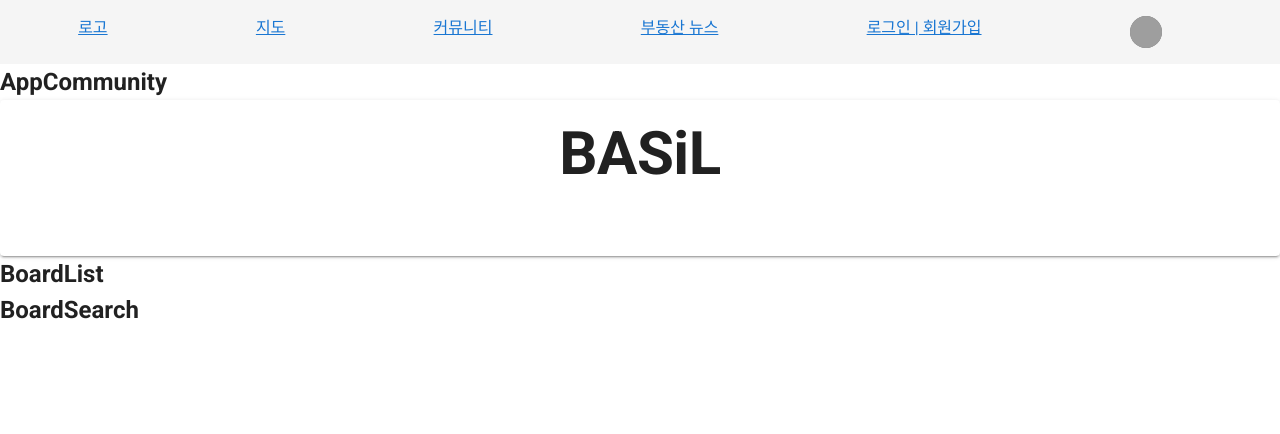
Repository: misso88/vue-whereIsMyHome
Page: /community
An editor plug-in stored every save of this project. The page is shown before and after the next save, followed by the edit.
The browser window is 1280 px wide. The pictures show the whole page.
The project was rebuilt for these pictures with package versions that can differ from the ones it lists, and the page was loaded fresh each time. Also part of the build but not shown: vue.config.js, src/views/AppMain.vue, src/components/house/sidebar/HouseListItem.vue, src/components/house/sidebar/HouseList.vue, src/components/house/sidebar/HouseListFilter.vue, src/components/house/sidebar/HouseSidebar.vue, src/components/house/map/HouseMapFilter.vue, src/components/house/map/HouseMap.vue and 2 more.

Above is the page before, as saved 2022-11-16 10:34:33.

### public/index.html
<!DOCTYPE html>
<html lang="en">
  <head>
    <meta charset="utf-8" />
    <meta http-equiv="X-UA-Compatible" content="IE=edge" />
    <meta name="viewport" content="width=device-width,initial-scale=1.0" />
    <link rel="icon" href="<%= BASE_URL %>favicon.ico" />
    <title><%= htmlWebpackPlugin.options.title %></title>
    <link
      rel="stylesheet"
      href="https://fonts.googleapis.com/css?family=Roboto:100,300,400,500,700,900"
    />
    <link
      rel="stylesheet"
      href="https://cdn.jsdelivr.net/npm/@mdi/font@latest/css/materialdesignicons.min.css"
    />
    <link
      rel="stylesheet"
      href="https://fonts.googleapis.com/css?family=Roboto:100,300,400,500,700,900"
    />
    <link
      rel="stylesheet"
      href="https://cdn.jsdelivr.net/npm/@mdi/font@latest/css/materialdesignicons.min.css"
    />
    <!-- <style>
      html{
        overflow-y: hidden !important;
      }
    </style> -->
  </head>
  <body>
    <noscript>
      <strong
        >We're sorry but <%= htmlWebpackPlugin.options.title %> doesn't work properly without
        JavaScript enabled. Please enable it to continue.</strong
      >
    </noscript>
    <div id="app"></div>
    <!-- built files will be auto injected -->
  </body>
</html>

### src/App.vue
<template>
  <v-app>
    <v-app-bar app elevation="0" absolute clipped-left>
      <the-header></the-header>
    </v-app-bar>
    <v-main>
      <router-view></router-view>
    </v-main>
  </v-app>
</template>

<script>
import TheHeader from "@/components/layout/TheHeader";

export default {
  name: "App",
  components: {
    TheHeader,
  },
};
</script>

### src/router/index.js
import Vue from 'vue'
import VueRouter from 'vue-router'

import AppMain from '@/views/AppMain'
import AppHouse from '@/views/AppHouse'
// import AppCommunity from '@/views/AppCommunity'
import AppNews from '@/views/AppNews'
// import AppMember from '@/views/AppMember'


Vue.use(VueRouter)

const routes = [
  {
    path: '/',
    name: 'main',
    component: AppMain
  },
  {
    path: '/map',
    name: 'map',
    component: AppHouse
  },
  {
    path: '/community',
    name: 'community',
    component: () => import("@/views/AppCommunity"),
    redirect: "/community/list",
    children: [
      {
        path: "list",
        name: "boardlist",
        component: () => import("@/components/board/BoardList")
      },
    ]
  },
  {
    path: '/news',
    name: 'news',
    component: AppNews
  },
  {
    path: '/member',
    name: 'member',
    component: () => import("@/views/AppMember"),
    children: [
      {
        path: "login",
        name: "login",
        component: () => import("@/components/member/MemberLogin")
      },
      {
        path: "join",
        name: "join",
        component: () => import("@/components/member/MemberJoin")
      },
    ]
  },
  {
    path: "/profile",
    name: "profile",
    component: () => import("@/views/TempProfile"),
    children: [
      {
        path: "mypage",
        name: "mypage",
        component: () => import("@/components/profile/ProfileMypage")
      },
      {
        path: "wishlist",
        name: "wishlist",
        component: () => import("@/components/profile/ProfileWishlist")
      },
      {
        path: "notice",
        name: "notice",
        component: () => import("@/components/profile/ProfileNotice")
      },
      {
        path: "helpcenter",
        name: "helpcenter",
        component: () => import("@/components/profile/ProfileHelpcenter")
      },
    ]
  },
]

const router = new VueRouter({
  mode: 'history',
  base: process.env.BASE_URL,
  routes
})

export default router

### src/store/index.js
import Vue from 'vue'
import Vuex from 'vuex'
import createPersistedState from "vuex-persistedstate";

Vue.use(Vuex)

export default new Vuex.Store({
  state: {
    type: null,
  },
  getters: {
  },
  mutations: {
    SET_TYPE (state, type) {
      state.type = type;
    },
  },
  actions: {
  },
  modules: {},
  plugins: [
    createPersistedState({
      // 브라우저 종료시 제거하기 위해 localStorage가 아닌 sessionStorage로 변경. (default: localStorage)
      storage: sessionStorage,
    }),
  ],

})

### src/components/layout/TheHeader.vue
<template>
  <v-row  class="d-flex justify-space-around">
    <router-link
      v-for="item in header" :key="item.name"
      :to="{ name: item.name}" > {{ item.title }}</router-link>
    <!-- 프로필 -->
     <v-avatar
          class="mr-10"
          color="grey darken-1"
          size="32"
        >
      <v-menu offset-y>
      <template v-slot:activator="{ on, attrs }">
        <v-btn
          color="grey"
          v-bind="attrs"
          v-on="on"
        >
          <!-- 프로필 이미지 -->
        </v-btn>
      </template>
      <v-list>
        <v-list-item
          v-for="(item, index) in profile"
          :key="index"
        >
          <router-link :to="{ name: item.name}" > {{ item.title }}</router-link>
        </v-list-item>
      </v-list>
    </v-menu>
    </v-avatar>
  </v-row>
</template>

<script>
export default {
    name: "TheHeader",
    data() {
        return {
          header: [],
          profile: []
        };
    },
    created() {
      this.header = [
        {
          name: "main",
          title: "로고"
        },
        {
          name: "map",
          title: "지도"
        },
        {
          name: "community",
          title: "커뮤니티"
        },
        {
          name: "news",
          title: "부동산 뉴스"
        },
        {
          name: "login",
          title: "로그인 | 회원가입"
        },
      ],
      this.profile = [
        {
          name: "mypage",
          title: "내정보"
        },
        {
          name: "wishlist",
          title: "찜 목록"
        },
        {
          name: "notice",
          title: "공지사항"
        },
        {
          name: "helpcenter",
          title: "고객센터"
        },
        {
          name: "mypage",
          title: "로그아웃"
        },
      ]
    }
}
</script>

<style>

</style>

### src/views/AppCommunity.vue
<template>
  <div>
    <h2>AppCommunity</h2>
    <board-header></board-header>
    <router-view></router-view>
  </div>

</template>

<script>
import BoardHeader from "@/components/board/BoardHeader";

export default {
  name: "AppCommunity",
  components: {
    BoardHeader,
  },
};
</script>

<style>

</style>

### src/components/board/BoardList.vue
<template>
  <div>
    <h2>BoardList</h2>
    <board-search></board-search>
    <div>{{ type }}</div>
  </div>
</template>

<script>
import BoardSearch from "@/components/board/BoardSearch";
export default {
    name: "BoardList",
    data() {
        return {
            type: 0
        }
    },
    created() {
        console.log("created");
        this.type = this.$store.state.type;
        console.log(this.type);
    },
    components: {
        BoardSearch
    }
}
</script>

<style>

</style>

### src/components/board/BoardHeader.vue
<template>
  <!-- <div>
    <h2>BoardHeader</h2>
    <button @click="a('1')">정보 공유</button>
    <button @click="a('2')">우리 동네</button>
  </div> -->
  <v-card color="basil">
    <v-card-title class="text-center justify-center py-6">
      <h1 class="font-weight-bold text-h2 basil--text">
        BASiL
      </h1>
    </v-card-title>

    <v-tabs
      v-model="tab"
      background-color="transparent"
      color="basil"
      grow
    >
      <v-tab
        v-for="item in items"
        :key="item"
      >
        {{ item }}
      </v-tab>
    </v-tabs>

    <v-tabs-items v-model="tab">
      <v-tab-item
        v-for="item in items"
        :key="item"
      >
        <v-card
          color="basil"
          flat
        >
          <v-card-text>{{ text }}</v-card-text>
        </v-card>
      </v-tab-item>
    </v-tabs-items>
  </v-card>
</template>

<script>
export default {
    name: "BoardHeader",
    methods: {
        a(type){
            this.$store.commit("SET_TYPE", type);
            this.$router.go({
                name: "boardlist",
            });
        }
    },
};
</script>

<style>

</style>

### src/components/board/BoardSearch.vue
<template>
  <div>
    <h2>BoardSearch</h2>
  </div>
</template>

<script>
export default {

}
</script>

<style>

</style>

Loaded but not shown: src/main.js (common file); src/plugins/vuetify.js (common file)

After the next save:
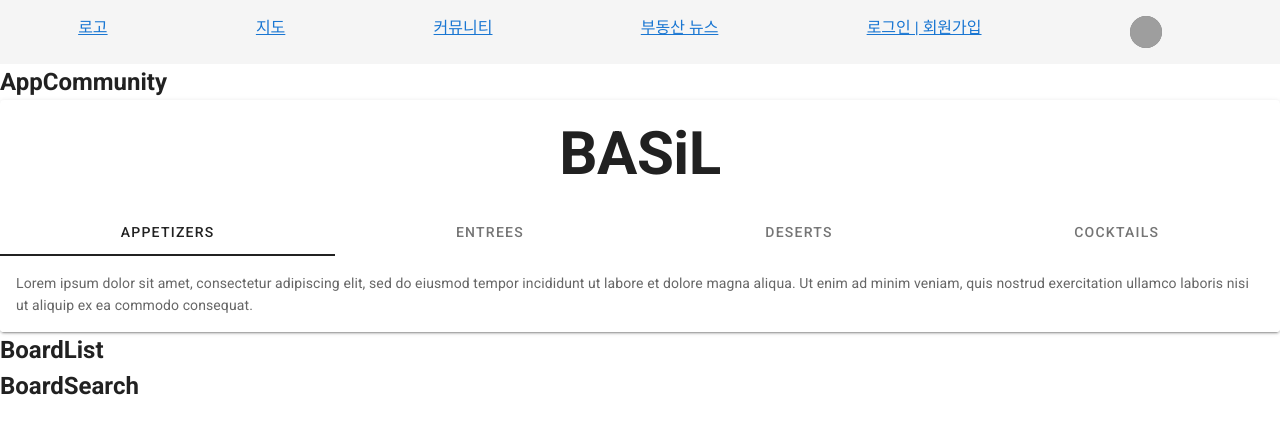
Saved 26 s later.
--- a/src/components/board/BoardHeader.vue
+++ b/src/components/board/BoardHeader.vue
@@ -44,6 +44,15 @@
 <script>
 export default {
     name: "BoardHeader",
+    data () {
+      return {
+        tab: null,
+        items: [
+          'Appetizers', 'Entrees', 'Deserts', 'Cocktails',
+        ],
+        text: 'Lorem ipsum dolor sit amet, consectetur adipiscing elit, sed do eiusmod tempor incididunt ut labore et dolore magna aliqua. Ut enim ad minim veniam, quis nostrud exercitation ullamco laboris nisi ut aliquip ex ea commodo consequat.',
+      }
+    },
     methods: {
         a(type){
             this.$store.commit("SET_TYPE", type);

After the 2 saves that followed:
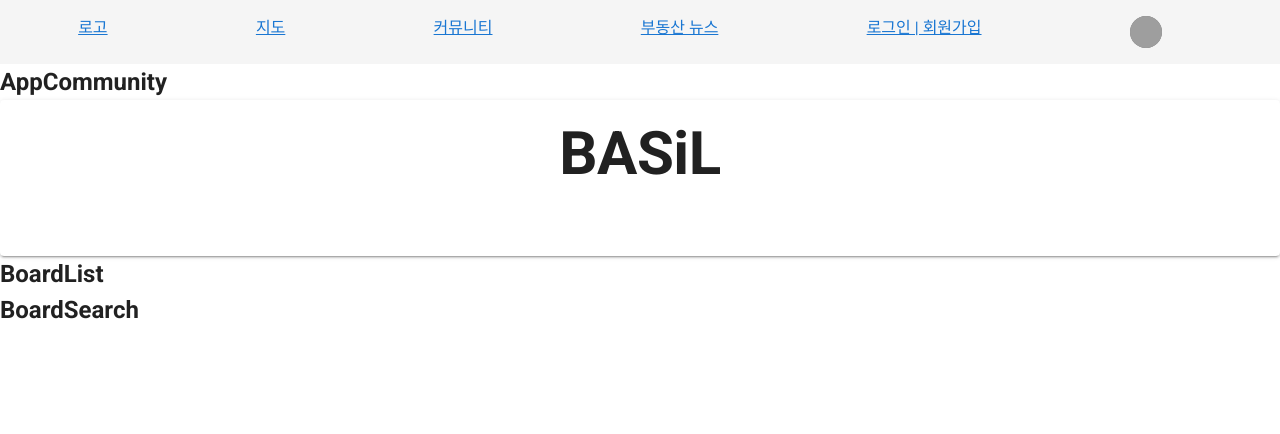
The 2 saves are shown as one change because they came seconds apart.
The last was saved 15 s later.
--- a/src/components/board/BoardHeader.vue
+++ b/src/components/board/BoardHeader.vue
@@ -47,7 +47,7 @@
     data () {
       return {
         tab: null,
-        items: [
+        tabs: [
           'Appetizers', 'Entrees', 'Deserts', 'Cocktails',
         ],
         text: 'Lorem ipsum dolor sit amet, consectetur adipiscing elit, sed do eiusmod tempor incididunt ut labore et dolore magna aliqua. Ut enim ad minim veniam, quis nostrud exercitation ullamco laboris nisi ut aliquip ex ea commodo consequat.',
